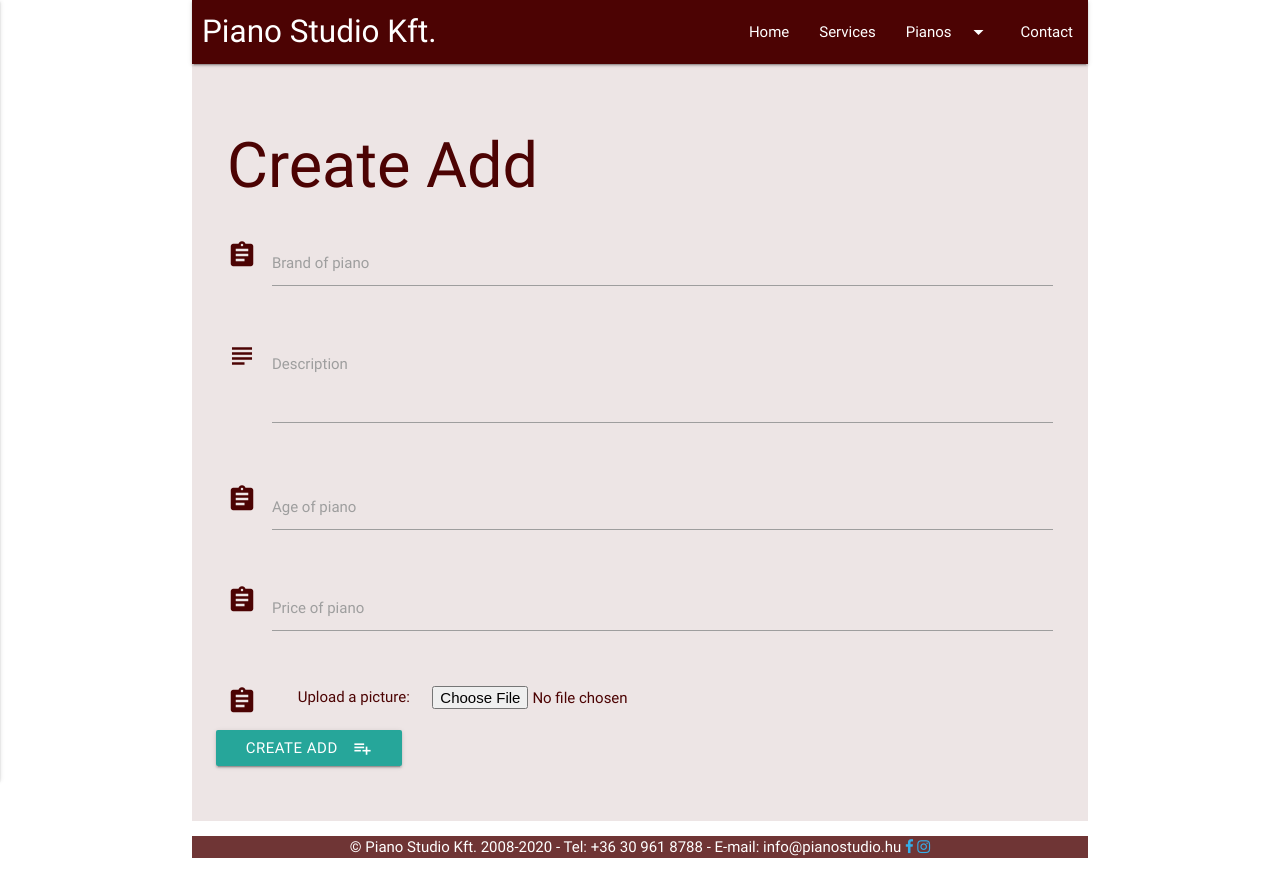
Repository: badiattila/pianostudioheroku
Page: http://localhost/createadd
The author's editor kept a record of every edit. The page is drawn from the files as they stood at one moment, then again after the next edit.
The browser window is 1280 px wide. The pictures show the whole page.
Some web libraries are served in a nearby version. The page is served by the project's application, run on Flask 3 (app.py).

Above is the page before.

After the next edit:
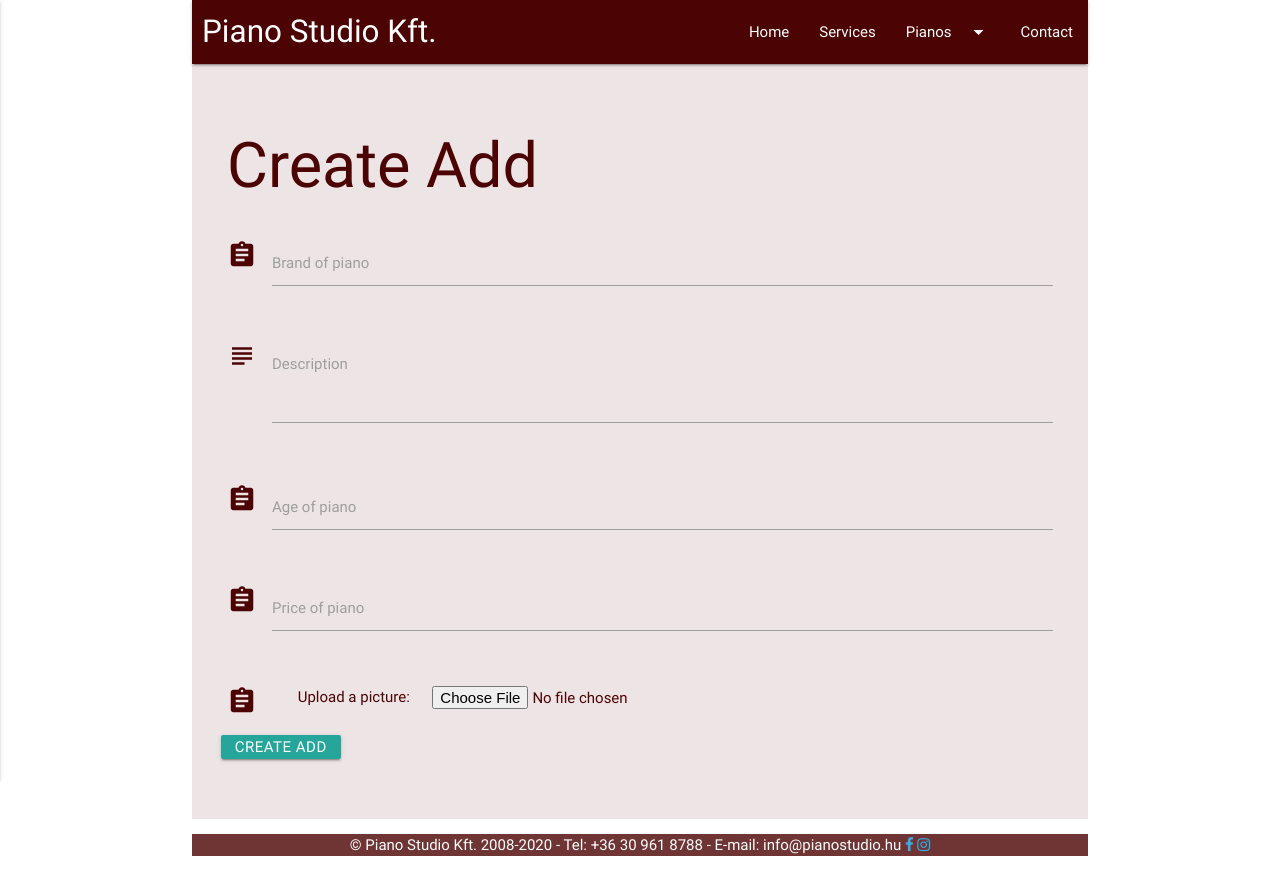
The edit:
--- a/templates/create_add.html
+++ b/templates/create_add.html
@@ -50,8 +50,7 @@
         </div>
 
         <div class="row">
-            <button class="btn waves-effect waves-light" type="submit" name="action">Create Add
-            <i class="material-icons right">playlist_add</i></button>
+            <button class="btn waves-effect waves-light btn_mid" type="submit" name="action">Create Add</button>
         </div>
 
 
